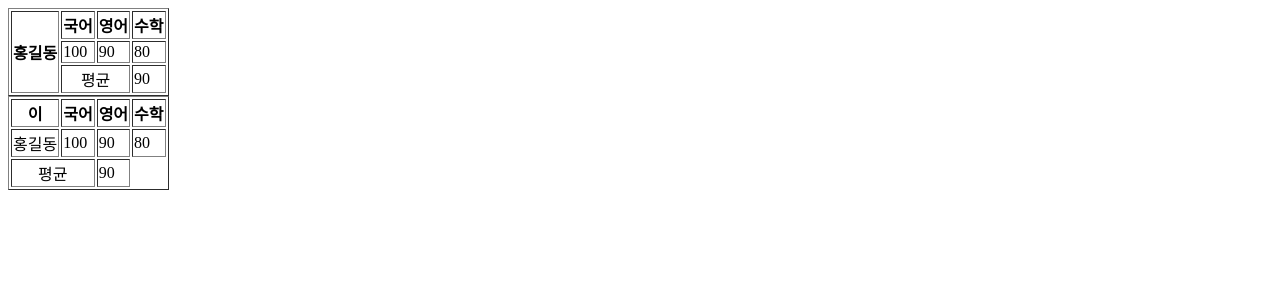
Repository: usonihs/StudyX
Page: JSP/HTML/src/main/webapp/Lec04.html
An editor plug-in stored every save of this project. The page is shown before and after the next save, followed by the edit.
The browser window is 1280 px wide. The pictures show the whole page.

Above is the page before, as saved 2022-10-19 05:12:04.

### JSP/HTML/src/main/webapp/Lec04.html
<!DOCTYPE html>
<html>
<head>
<meta charset="UTF-8">
<title>Table Tag</title>
</head>
<body>
	<table border="1">
		<tr>
			<th rowspan="3">홍길동</th>
			<th>국어</th>
			<th>영어</th>
			<th>수학</th>
		</tr>
		<tr>
			<td>100</td>
			<td>90</td>
			<td>80</td>
		</tr>
		<tr>
			<td colspan="2" align="center">평균</td>
			<td>90</td>
		</tr>
	</table>

	<table border="1">
		<tr>
			<th>이</th>
			<th>국어</th>
			<th>영어</th>
			<th>수학</th>
		</tr>
		<tr>
			<td>홍길동</td>
			<td>100</td>
			<td>90</td>
			<td>80</td>
		</tr>
		<tr>
			<td colspan="2" align="center">평균</td>
			<td>90</td>
		</tr>
	</table>
</body>
</html>

After the next save:
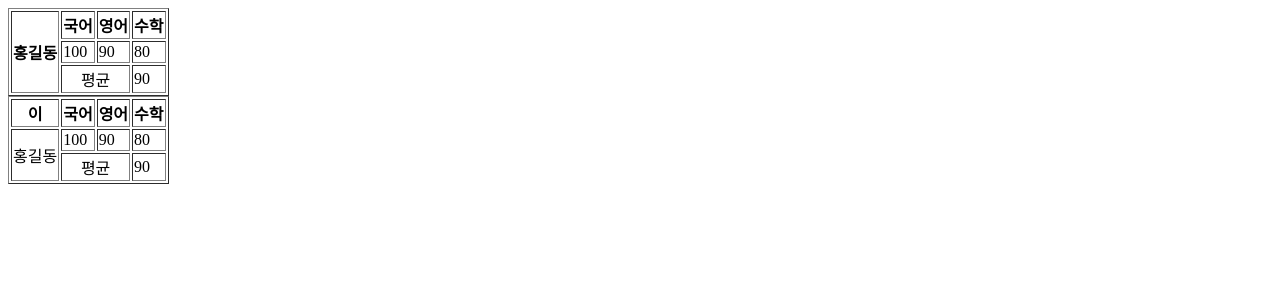
Saved 6 s later.
--- a/JSP/HTML/src/main/webapp/Lec04.html
+++ b/JSP/HTML/src/main/webapp/Lec04.html
@@ -31,7 +31,7 @@
 			<th>수학</th>
 		</tr>
 		<tr>
-			<td>홍길동</td>
+			<td rowspan="2">홍길동</td>
 			<td>100</td>
 			<td>90</td>
 			<td>80</td>
